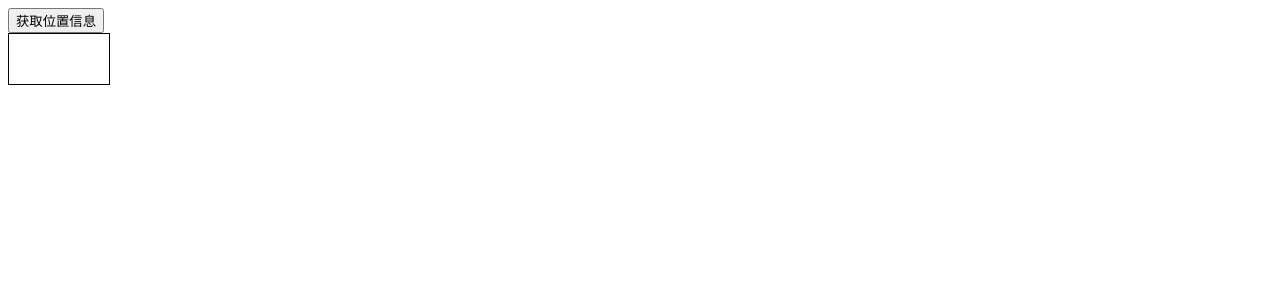
Repository: vidiewei/Learn-Practice
Page: 前端代码实践/H5/地理位置.html
An editor plug-in stored every save of this project. The page is shown before and after the next save, followed by the edit.
The browser window is 1280 px wide. The pictures show the whole page.

Above is the page before, as saved 2021-10-27 16:36:17.

### 前端代码实践/H5/地理位置.html
<!DOCTYPE html>
<html>
  <head lang="en">
    <meta charset="UTF-8" />
    <title></title>
    <style type="text/css">
      #geo {
        height: 50px;
        width: 100px;
        overflow: scroll;
        border: 1px solid black;
      }
    </style>
  </head>
  <body>
    <button onclick="getGeo()">获取位置信息</button>
    <div id="geo"></div>
    <script>
      /*  navigator 导航  */
      //  geolocation: 地理定位
      //  window.navigator.geolocation
      //  兼容处理
      function getGeo() {
        let geoNode = document.getElementById('geo')
        let text
        if (navigator.geolocation) {
          //  如果支持，获取用户地理信息

          //  successCallback 当获取用户位置成功的回调函数
          //  errorCallback 当获取用户位置失败的回调函数
          navigator.geolocation.getCurrentPosition(
            successCallback,
            errorCallback
          )
        } else {
          text = 'sorry,你的浏览器不支持地理定位'
          geoNode.innerText = text
        }
        // 获取地理位置成功的回调函数
        function successCallback(position) {
          //  获取用户当前的经纬度
          //  coords坐标
          //  纬度latitude
          var wd = position.coords.latitude
          //  经度longitude
          var jd = position.coords.longitude

          console.log('获取用户位置成功！')
          text = wd + '----------------' + jd
          geoNode.innerText = '获取成功：' + text
          console.log(text)
          //  40.05867366972477----------------116.33668634275229

          //  谷歌地图：40.0601398850,116.3434224706
          //  百度地图：40.0658210000,116.3500430000
          //  腾讯高德：40.0601486487,116.3434373643
        }
        //  获取地理位置失败的回调函数
        function errorCallback(error) {
          console.log(error)
          text = error
          console.log('获取用户位置失败！')
          geoNode.innerText = '获取失败：' + text.message
        }
      }
    </script>
  </body>
</html>

After the next save:
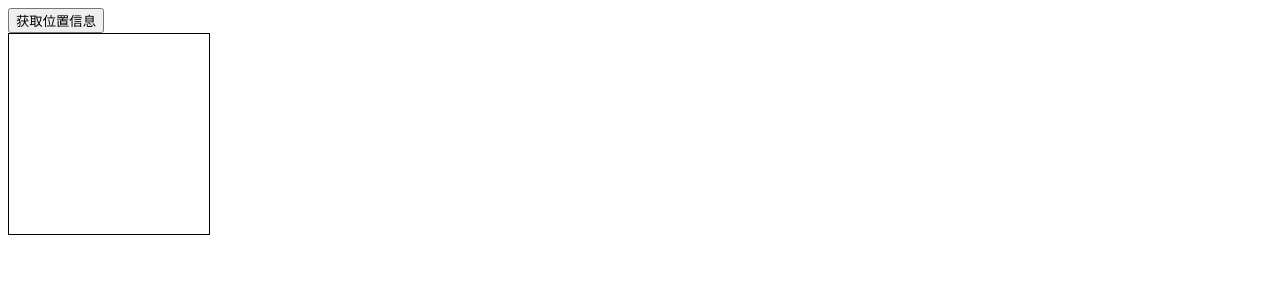
Saved 15 s later.
--- a/前端代码实践/H5/地理位置.html
+++ b/前端代码实践/H5/地理位置.html
@@ -5,8 +5,8 @@
     <title></title>
     <style type="text/css">
       #geo {
-        height: 50px;
-        width: 100px;
+        height: 200px;
+        width: 200px;
         overflow: scroll;
         border: 1px solid black;
       }
